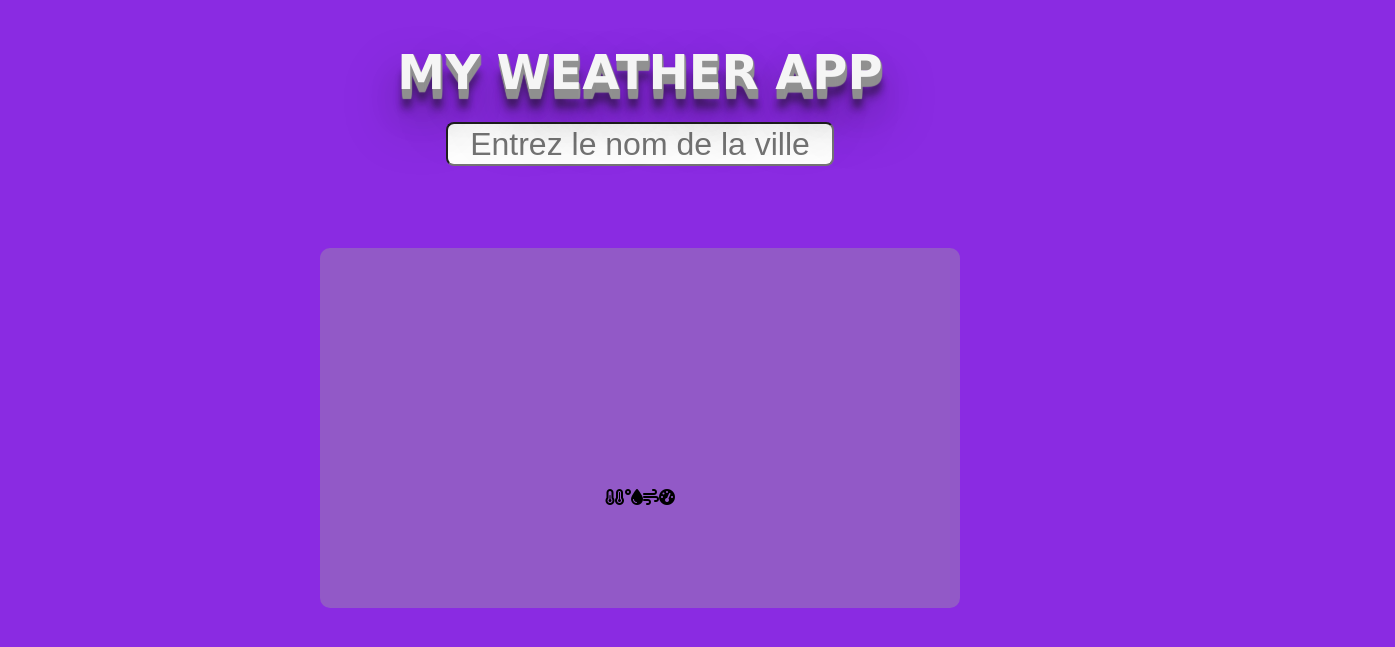
Repository: JeffnyAugustin/MyWeatherApp
Page: index.html
An editor plug-in stored every save of this project. The page is shown before and after the next save, followed by the edit.
The browser window is 1280 px wide. The page is 1280 px wide, then 1395 px, so the pictures cover 1395 px, including what lies to the right of the window. The pictures show the whole page.

Above is the page before, as saved 2023-11-14 22:32:26.

### index.html
<!DOCTYPE html>
<html lang="fr">

<head>
    <meta charset="UTF-8">
    <meta http-equiv="X-UA-Compatible" content="IE=edge">
    <meta name="viewport" content="width=device-width, initial-scale=1.0">
    <link rel="stylesheet" href="https://cdnjs.cloudflare.com/ajax/libs/font-awesome/6.4.0/css/all.min.css"
        integrity="sha512-iecdLmaskl7CVkqkXNQ/ZH/XLlvWZOJyj7Yy7tcenmpD1ypASozpmT/E0iPtmFIB46ZmdtAc9eNBvH0H/ZpiBw=="
        crossorigin="anonymous" referrerpolicy="no-referrer" />

    <link rel="stylesheet" href="/css/style.css">
    <title>My Weather App</title>
</head>

<body>



    <div id="container"></div>

    <script src="/js/script.js"></script>
</body>

</html>

### css/style.css
* {
    padding : 0;
    margin: 0;
}

body {
    display: flex;
    justify-content: center;
    height: 100vh;
    width: 100vw;
    background-color: blueviolet;
    overflow-y: hidden;
}

#container {
    display: flex;
    flex-direction: column;
    align-items: center;
    justify-content: space-around;
    gap: 20px;

}

#searchBox {
    text-align: center;
    width: 60%;
    height: 40px;
    border-radius: 8px;
    margin-top: 10px;
    font-size: 2rem;
}


#allTogether {
    width: 50VW;
    height: 50VH;
    display: flex;
    flex-direction: column;
    justify-content: space-evenly;
    align-items: center;
    background-color: rgb(158 158 158 / 40%);
    border-radius: 10px;
}

div#meteoElement {
    display: flex;
    flex-direction: row;
    justify-content: space-around;
    flex-wrap: wrap;
}

div#cityElement {
    display: flex;
    flex-direction: row;
    gap: 10px;
    justify-content: center;
}

div#cityDescription {
    display: flex;
    flex-direction: column;
    gap: 20PX;
}

#prevision {
    background-color: rgb(134 126 126 / 41%);
    display: flex;
    flex-direction: row;
    justify-content: center;
    align-items: center;
    gap: 10px;
}

.day-forecast {
    display: flex;
    flex-direction: column;
    align-items: center;
    height: 100%;
    width: 230px;
    background-color: #c1a8b6;
}


p {
    font-size: 2rem;
    color: white;
}

p.cityName {
    text-align: center;
}

h1.textTitle {
    position: absolute;
    top: 10%;
    right: 50%;
    transform: translate(50%,-50%);
    text-transform: uppercase;
    font-family: verdana;
    font-size: 3em;
    font-weight: 700;
    color: #f5f5f5;
    text-shadow: 1px 1px 1px #919191,
        1px 2px 1px #919191,
        1px 3px 1px #919191,
        1px 4px 1px #919191,
        1px 5px 1px #919191,
        1px 6px 1px #919191,
        1px 7px 1px #919191,
        1px 8px 1px #919191,
        1px 9px 1px #919191,
        1px 10px 1px #919191,
    1px 18px 6px rgba(16,16,16,0.4),
    1px 22px 10px rgba(16,16,16,0.2),
    1px 25px 35px rgba(16,16,16,0.2),
    1px 30px 60px rgba(16,16,16,0.4);
}

### js/script.js
// Clé D'api
const API_KEY = "b476218e49ef0d0755a713e9ba77f79a";
// Lien vers L'api finissant par une recherche
const API_URL = `https://api.openweathermap.org/data/2.5/forecast?appid=${API_KEY}&units=metric&lang=fr&q=`;


const divContain = document.getElementById("container");
divContain.id = "container";


const titleDiv = document.createElement("div");
titleDiv.className = "title";

// Création H1
const heading = document.createElement('h1');
heading.className = "textTitle"

// Set the text content of the h1 element
heading.textContent = 'My Weather App';




// Création barre de recherche
const inputSearch = document.createElement("input");
inputSearch.id = "searchBox";
inputSearch.type = "text";
inputSearch.placeholder = "Entrez le nom de la ville"; // Ajout du placeholder

// Création de div
const newDiv = document.createElement("div");
newDiv.id = "allTogether";

// Création de div
const forecastDiv = document.createElement("div");
forecastDiv.id = "prevision";




const infoCityDiv = document.createElement("div");
infoCityDiv.id = "cityDescription";


// Création de div oiuyr stocker img + description
const cityImgDiv = document.createElement("div");
cityImgDiv.id = "cityElement";

// Création de div pour afficher les informations météorologiques
const weather = document.createElement("div");
weather.id = "meteoElement";

// Création balise paragraphe pour collecter le nom de la ville
const cityName = document.createElement("p");
cityName.className = "cityName";

// Création de div pour afficher la température
const temperatureDiv = document.createElement("div");
temperatureDiv.className = "temperature-container";

// Création balise paragraphe
const temperature = document.createElement("p");
temperature.className = "temps";

// Création de div pour afficher le temps ressenti
const feelsLikeDiv = document.createElement("div");
feelsLikeDiv.className = "feels-like-container";

// Création balise paragraphe pour la sensation thermique
const feelsLike = document.createElement("p");
feelsLike.className = "feels-like";

// Création de div pour afficher l'humidité
const humidityDiv = document.createElement("div");
humidityDiv.className = "humidity-container";

// Création de balise paragraphe pour l'humidité
const humidity = document.createElement("p");
humidity.className = "humidity";

// Création de div pour afficher le vent
const windDiv = document.createElement("div");
windDiv.className = "wind-container";

// Création de balise wind
const DataWind = document.createElement("p");
DataWind.className = "wind";



// Création de div pour l'humidité
const pressureDiv = document.createElement("div");
pressureDiv.className = "pressure-container";

// Création de balise paragraphe pour la pression atmosphérique
const pressure = document.createElement("p");
pressure.className = "pressure";

// Création de div pour afficher la description
const descriptionDiv = document.createElement("div");
descriptionDiv.className = "description-container";

// Création de balise paragraphe pour la description
const description = document.createElement("p");
description.className = "description";



// Création balise image
const image = document.createElement("img");

// Création balise icône pour la température
const temperatureIcon = document.createElement("i");
temperatureIcon.className = "fas fa-thermometer-half";

// Création balise icône pour la sensation thermique
const feelsLikeIcon = document.createElement("i");
feelsLikeIcon.className = "fas fa-temperature-high";

// Création balise icône pour l'humidité
const humidityIcon = document.createElement("i");
humidityIcon.className = "fas fa-tint";

// Création balise icône pour le vent
const windIcon = document.createElement("i");
windIcon.className = "fas fa-wind";

// Création balise icône pour la pression
const pressureIcon = document.createElement("i");
pressureIcon.className = "fas fa-tachometer-alt";



temperatureDiv.append(temperatureIcon, temperature); // ajout de l'icône

feelsLikeDiv.append(feelsLikeIcon, feelsLike); // ajout de l'icône

humidityDiv.append(humidityIcon, humidity); // ajout de l'icône

windDiv.append(windIcon, DataWind); // ajout de l'icône

pressureDiv.append(pressureIcon, pressure)

descriptionDiv.appendChild( description); // ajout de l'icône




// Function to format the date and time
function formatDateTime() {
    const currentDate = new Date();
    const options = { weekday: 'long', year: 'numeric', month: 'long', day: 'numeric', hour: 'numeric', minute: 'numeric'};
    return currentDate.toLocaleDateString('fr-FR', options);
}

// Create a div to display the date and time
    const dateTimeDiv = document.createElement("div");
    dateTimeDiv.id = "dateTime";
    infoCityDiv.appendChild(dateTimeDiv);

function checkWeather(city) {
    fetch(API_URL + city)
        .then(res => {
            if (!res.ok) {
                throw new Error("La ville n'a pas été trouvée");
            }
            return res.json();
        })
        .then(data => {
            cityName.textContent = data.city.name;
            image.src = `http://openweathermap.org/img/w/${data.list[0].weather[0].icon}.png`;

            description.textContent = data.list[0].weather[0].description;
            temperature.innerHTML = ` Température :  ${Math.round(data.list[0].main.temp)}°C `;
            feelsLike.textContent = "Temps Ressenti : " + Math.round(data.list[0].main.feels_like) + "°C";
            humidity.textContent = "humidityIcon : " + data.list[0].main.humidity + "%";
            DataWind.textContent = "Vitesse du vent : " + Math.floor(data.list[0].wind.speed) + " Km/h";
            pressure.textContent = "Pression : " + data.list[0].main.pressure + " hPa";


             // Afficher les prévisions pour les 5 prochains jours
             for (let i = 0; i < data.list.length; i += 8) {
                const dayForecast = document.createElement("div");
                dayForecast.className = "day-forecast";

                const date = new Date(data.list[i].dt * 1000);
                const dayName = new Intl.DateTimeFormat('fr-FR', { weekday: 'long' }).format(date);

                const dayNameElement = document.createElement("p");
                dayNameElement.textContent = dayName;

                const iconElement = document.createElement("img");
                iconElement.src = `http://openweathermap.org/img/w/${data.list[i].weather[0].icon}.png`;

                const descriptionElement = document.createElement("p");
                descriptionElement.textContent = data.list[i].weather[0].description;

                const temperatureElement = document.createElement("p");
                temperatureElement.textContent = ` ${Math.round(data.list[i].main.temp)}°C`;

                dayForecast.append(dayNameElement, iconElement, descriptionElement, temperatureElement);
                forecastDiv.appendChild(dayForecast);
             }

               // Display the date and time
               dateTimeDiv.textContent = "Date du jour : " + formatDateTime();

        })
        .catch(error => {
            console.error("Erreur de requête :", error.message);
            // Ajoutez ici un traitement pour informer l'utilisateur de l'erreur
        });
}

inputSearch.addEventListener("change", () => {
    checkWeather(inputSearch.value);
});


weather.append(temperatureDiv, feelsLikeDiv, humidityDiv, windDiv, pressureDiv); // ajout des éléments Weather
newDiv.append(infoCityDiv, weather); // ajout du conteneur Weather à newDiv
infoCityDiv.append(cityName, cityImgDiv)
cityImgDiv.append(image, descriptionDiv)
titleDiv.appendChild(heading)
divContain.append(titleDiv, inputSearch, newDiv, forecastDiv); // ajout de tous les éléments à divContain
document.body.appendChild(divContain);



// Mise à jour des informations météorologiques toutes les 5 minutes
setInterval(function () {
    // Ici, mettre à jour les informations de la météo à l'aide de l'API ou d'autres sources
    // Vous pouvez appeler la fonction checkWeather avec la dernière ville recherchée
    checkWeather(inputSearch.value);
}, 5 * 60 * 1000);

After the next save:
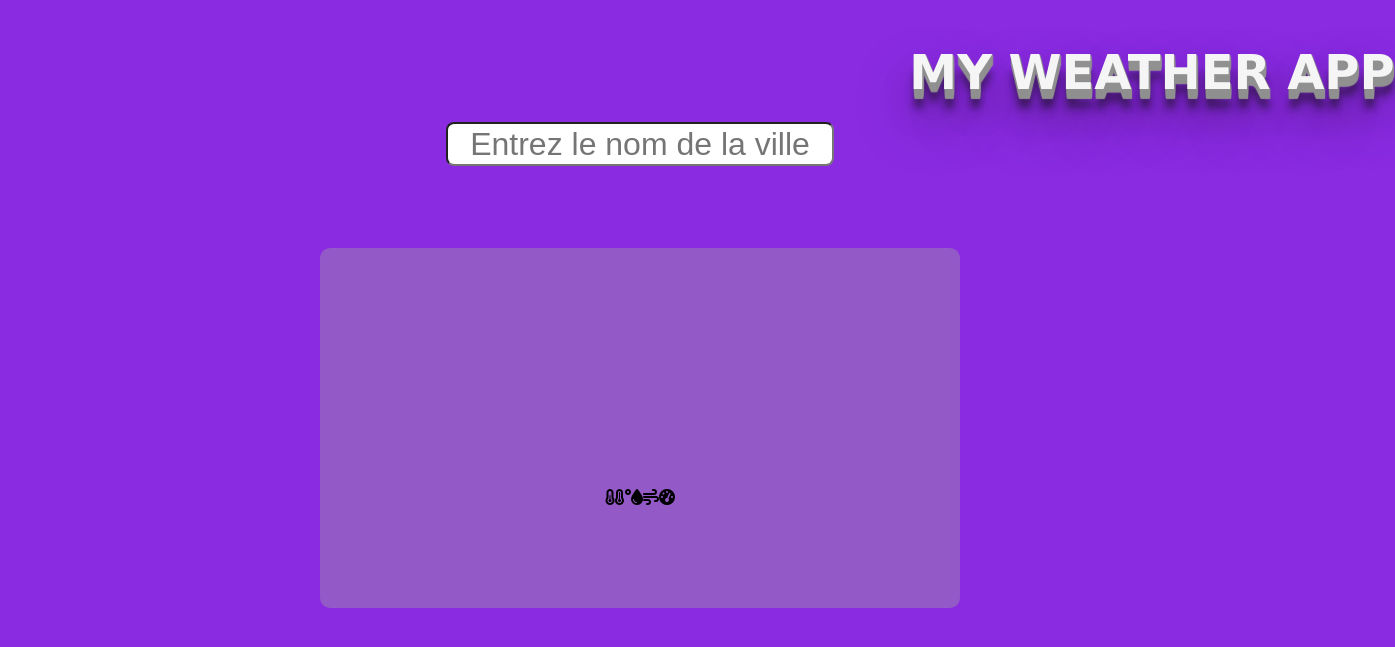
Saved 5 s later.
--- a/css/style.css
+++ b/css/style.css
@@ -93,7 +93,7 @@ p.cityName {
 h1.textTitle {
     position: absolute;
     top: 10%;
-    right: 50%;
+    right: 10%;
     transform: translate(50%,-50%);
     text-transform: uppercase;
     font-family: verdana;
